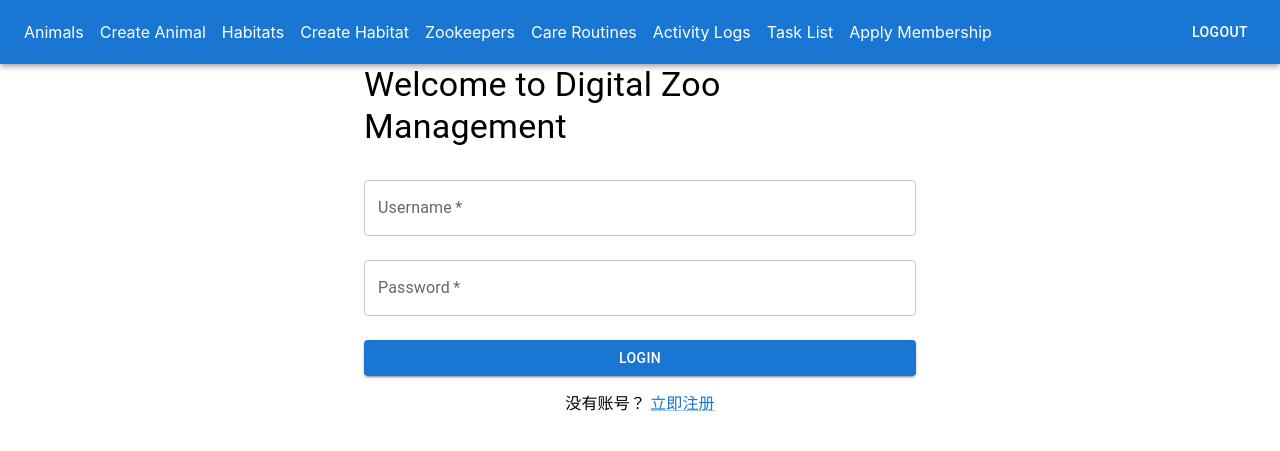
Repository: maomao7788/Digital-Zoo-Management1
Page: /zookeepers (app in frontend/)
The author's editor kept a copy of each file at every save. The page is drawn from the files as they stood at one save, then again after the next save.
The browser window is 1280 px wide. The pictures show the whole page.
The project was rebuilt for these pictures with package versions that can differ from the ones it lists, and the page was loaded fresh each time. Also part of the build but not shown: frontend/src/pages/AnimalList.tsx, frontend/src/services/api.ts, frontend/src/pages/CreateAnimal.tsx, frontend/src/pages/Register.tsx, frontend/src/pages/ApplyMembership.tsx, frontend/src/pages/EditAnimal.tsx, frontend/src/pages/HabitatList.tsx, frontend/src/pages/CreateHabitat.tsx and 6 more.

Above is the page before, as saved 2025-03-10 14:05:28.

### frontend/src/index.tsx
  import React from 'react';
  import ReactDOM from 'react-dom/client';
  import './index.css';
  import App from './App';
  import reportWebVitals from './reportWebVitals';

  const root = ReactDOM.createRoot(
    document.getElementById('root') as HTMLElement
  );
  root.render(
    <React.StrictMode>
      <App />
    </React.StrictMode>
  );

  // If you want to start measuring performance in your app, pass a function
  // to log results (for example: reportWebVitals(console.log))
  // or send to an analytics endpoint. Learn more: https://bit.ly/CRA-vitals
  reportWebVitals();

### frontend/src/App.tsx
// import { BrowserRouter as Router, Route, Routes, useNavigate } from 'react-router-dom';
// import AnimalList from './pages/AnimalList';
// import CreateAnimal from './pages/CreateAnimal';
// import Login from './pages/Login';
// import PrivateRoute from './components/PrivateRoute';
// import { AppBar, Toolbar, Link, Button, Box } from '@mui/material';
// import { logout} from './services/authApi';
// import EditAnimal from './pages/EditAnimal';
// import HabitatList from './pages/HabitatList';
// import CreateHabitat from './pages/CreateHabitat';
// import EditHabitat from './pages/EditHabitat';
// import EditZookeeper from './pages/EditZookeeper';
// import ZookeeperPage from './pages/ZookeeperPage';
// import CareRoutinePage from './pages/CareRoutinePage';
// import ActivityLogPage from './pages/ActivityLogPage';
// import TaskList from './pages/TaskList';
// import { Link as RouterLink } from 'react-router-dom';
// import Register from './pages/Register';
// import ApplyMembership from './pages/ApplyMembership';


// function App() {
//   const handleLogout = () => {
//     logout();
//     window.location.href = '/login';
//   };

//   return (
//     <Router>
//       <AppBar position="static">
//         <Toolbar>
//           <Link href="/" color="inherit" underline="none" sx={{ mr: 2 }}>Animals</Link>
//           <Link href="/create" color="inherit" underline="none" sx={{ mr: 2 }}>Create Animal</Link>
//           <Link href="/habitats" color="inherit" underline="none" sx={{ mr: 2 }}>Habitats</Link>
//           <Link href="/create-habitat" color="inherit" underline="none" sx={{ mr: 2 }}>Create Habitat</Link>
//           <Link component={RouterLink} to="/zookeepers" color="inherit" underline="none" sx={{ mr: 2 }}>Zookeepers</Link>
//           <Link component={RouterLink} to="/care_routines" color="inherit" underline="none" sx={{ mr: 2 }}>Care Routines</Link>
//           <Link component={RouterLink} to="/activity_logs" color="inherit" underline="none" sx={{ mr: 2 }}>Activity Logs</Link>
//           <Link component={RouterLink} to="/task-list" color="inherit" underline="none" sx={{ mr: 2 }}>Task List</Link>

//           <Box sx={{ flexGrow: 1 }}></Box>
//           <Button color="inherit" onClick={handleLogout}>Logout</Button>
//         </Toolbar>
//       </AppBar>

//       <Routes>
//         <Route path="/login" element={<Login />} />
//         <Route path="/" element={<PrivateRoute><AnimalList /></PrivateRoute>} />
//         <Route path="/create" element={<PrivateRoute><CreateAnimal /></PrivateRoute>} />
//         <Route path="/edit/:id" element={<EditAnimal />} />
//         <Route path="/habitats" element={<PrivateRoute><HabitatList /></PrivateRoute>} />
//         <Route path="/create-habitat" element={<PrivateRoute><CreateHabitat /></PrivateRoute>} />
//         <Route path="/edit-habitat/:id" element={<PrivateRoute><EditHabitat /></PrivateRoute>} />
//         <Route path="/zookeepers" element={<ZookeeperPage />} />
//         <Route path="/care_routines" element={<CareRoutinePage />} />
//         <Route path="/activity_logs" element={<ActivityLogPage />} />
//         <Route path="/edit-zookeeper/:id" element={<EditZookeeper />} />
//         <Route path="/task-list" element={<TaskList />} />


//       </Routes>
//     </Router>
//   );
// }

// export default App;

import { BrowserRouter as Router, Route, Routes } from 'react-router-dom';
import AnimalList from './pages/AnimalList';
import CreateAnimal from './pages/CreateAnimal';
import Login from './pages/Login';
import Register from './pages/Register';
import ApplyMembership from './pages/ApplyMembership';
import PrivateRoute from './components/PrivateRoute';
import { AppBar, Toolbar, Link, Button, Box } from '@mui/material';
import { logout } from './services/authApi';
import { Link as RouterLink } from 'react-router-dom';
import EditAnimal from './pages/EditAnimal';
import HabitatList from './pages/HabitatList';
import CreateHabitat from './pages/CreateHabitat';
import EditHabitat from './pages/EditHabitat';
import EditZookeeper from './pages/EditZookeeper';
import ZookeeperPage from './pages/ZookeeperPage';
import CareRoutinePage from './pages/CareRoutinePage';
import ActivityLogPage from './pages/ActivityLogPage';
import TaskList from './pages/TaskList';

function App() {
  const handleLogout = () => {
    logout();
    window.location.href = '/login';
  };

  return (
    <Router>
      <AppBar position="static">
        <Toolbar>
          <Link href="/" color="inherit" underline="none" sx={{ mr: 2 }}>Animals</Link>
          <Link href="/create" color="inherit" underline="none" sx={{ mr: 2 }}>Create Animal</Link>
          <Link href="/habitats" color="inherit" underline="none" sx={{ mr: 2 }}>Habitats</Link>
          <Link href="/create-habitat" color="inherit" underline="none" sx={{ mr: 2 }}>Create Habitat</Link>
          <Link component={RouterLink} to="/zookeepers" color="inherit" underline="none" sx={{ mr: 2 }}>Zookeepers</Link>
          <Link component={RouterLink} to="/care_routines" color="inherit" underline="none" sx={{ mr: 2 }}>Care Routines</Link>
          <Link component={RouterLink} to="/activity_logs" color="inherit" underline="none" sx={{ mr: 2 }}>Activity Logs</Link>
          <Link component={RouterLink} to="/task-list" color="inherit" underline="none" sx={{ mr: 2 }}>Task List</Link>
          <Link component={RouterLink} to="/apply-membership" color="inherit" underline="none" sx={{ mr: 2 }}>Apply Membership</Link>

          <Box sx={{ flexGrow: 1 }}></Box>
          {/* <Link component={RouterLink} to="/register" color="inherit" underline="none" sx={{ mr: 2 }}>Register</Link> */}
          <Button color="inherit" onClick={handleLogout}>Logout</Button>
        </Toolbar>
      </AppBar>

      <Routes>
        <Route path="/login" element={<Login />} />
        <Route path="/register" element={<Register />} />
        <Route path="/apply-membership" element={<PrivateRoute><ApplyMembership /></PrivateRoute>} />
        <Route path="/" element={<PrivateRoute><AnimalList /></PrivateRoute>} />
        <Route path="/create" element={<PrivateRoute><CreateAnimal /></PrivateRoute>} />
        <Route path="/edit/:id" element={<PrivateRoute><EditAnimal /></PrivateRoute>} />
        <Route path="/habitats" element={<PrivateRoute><HabitatList /></PrivateRoute>} />
        <Route path="/create-habitat" element={<PrivateRoute><CreateHabitat /></PrivateRoute>} />
        <Route path="/edit-habitat/:id" element={<PrivateRoute><EditHabitat /></PrivateRoute>} />
        <Route path="/zookeepers" element={<PrivateRoute><ZookeeperPage /></PrivateRoute>} />
        <Route path="/care_routines" element={<PrivateRoute><CareRoutinePage /></PrivateRoute>} />
        <Route path="/activity_logs" element={<PrivateRoute><ActivityLogPage /></PrivateRoute>} />
        <Route path="/edit-zookeeper/:id" element={<PrivateRoute><EditZookeeper /></PrivateRoute>} />
        <Route path="/task-list" element={<PrivateRoute><TaskList /></PrivateRoute>} />
      </Routes>
    </Router>
  );
}

export default App;

### frontend/src/pages/Login.tsx
// import React, { useState, useEffect } from 'react';
// import { useNavigate } from 'react-router-dom';
// import { Typography, Container, TextField, Button, Snackbar, Alert } from '@mui/material';
// import { login } from '../services/authApi';

// const Login = () => {
//   const [username, setUsername] = useState('');
//   const [password, setPassword] = useState('');
//   const [errorMessage, setErrorMessage] = useState('');
//   const [openSnackbar, setOpenSnackbar] = useState(false);
//   const navigate = useNavigate();

//   useEffect(() => {
//     if (localStorage.getItem('access_token')) {
//       navigate('/');
//     }
//   }, [navigate]);
// //  handle login:authenticate,store tokens,redirect
//   // const handleSubmit = async (e: React.FormEvent) => {
//   //   e.preventDefault();
//   //   try {
//   //     const response = await login(username, password);
//   //     localStorage.setItem('access_token', response.data.access);
//   //     localStorage.setItem('refresh_token', response.data.refresh);
//   //     setOpenSnackbar(true);
//   //     setTimeout(() => navigate('/'), 1500);
//   //   } catch (error) {
//   //     if (error instanceof Error && 'response' in error) {
//   //       setErrorMessage((error as any).response?.data.detail || 'Login failed');
//   //     } else {
//   //       setErrorMessage(error instanceof Error ? error.message : 'An unknown error occurred');
//   //     }
//   //   }
//   // };
//   const handleSubmit = async (e: React.FormEvent) => {
//     e.preventDefault();
//     try {
//       const response = await login( username, password );
//       localStorage.setItem('access_token', response.data.access);
//       localStorage.setItem('refresh_token', response.data.refresh);
//       setOpenSnackbar(true);
//       setTimeout(() => navigate('/'), 1500);
//     } catch (error) {
//       if (error instanceof Error && 'response' in error) {
//         setErrorMessage((error as any).response?.data.detail || 'Login failed');
//       } else {
//         setErrorMessage(error instanceof Error ? error.message : 'An unknown error occurred');
//       }
//     }
//   };
//   return (
//     <Container maxWidth="sm">
//       <Typography variant="h4">Welcome to Digital Zoo Management</Typography>
//          {/* login form */}
//       <form onSubmit={handleSubmit}>
//         <TextField
//           label="Username"
//           fullWidth
//           margin="normal"
//           value={username}
//           onChange={(e) => setUsername(e.target.value)}
//           required
//         />
//         <TextField
//           label="Password"
//           type="password"
//           fullWidth
//           margin="normal"
//           value={password}
//           onChange={(e) => setPassword(e.target.value)}
//           required
//         />
//         <Button type="submit" variant="contained" color="primary" fullWidth sx={{ mt: 2 }}>
//           Login
//         </Button>
//       </form>

//       {errorMessage && <Typography color="error" sx={{ mt: 2 }}>{errorMessage}</Typography>}

//       <Snackbar open={openSnackbar} autoHideDuration={2000} onClose={() => setOpenSnackbar(false)}>
//         <Alert severity="success">Login successful! Redirecting...</Alert>
//       </Snackbar>
//     </Container>
//   );
// };

// export default Login;

import React, { useState, useEffect } from 'react';
import { useNavigate } from 'react-router-dom';
import { Typography, Container, TextField, Button, Snackbar, Alert, Link } from '@mui/material';
import { login } from '../services/authApi';

const Login = () => {
  const [username, setUsername] = useState('');
  const [password, setPassword] = useState('');
  const [errorMessage, setErrorMessage] = useState('');
  const [openSnackbar, setOpenSnackbar] = useState(false);
  const navigate = useNavigate();

  useEffect(() => {
    if (localStorage.getItem('access_token')) {
      navigate('/');
    }
  }, [navigate]);

  const handleSubmit = async (e: React.FormEvent) => {
    e.preventDefault();
    try {
      const response = await login(username, password);
      localStorage.setItem('access_token', response.data.access);
      localStorage.setItem('refresh_token', response.data.refresh);
      setOpenSnackbar(true);
      setTimeout(() => navigate('/'), 1500);
    } catch (error) {
      if (error instanceof Error && 'response' in error) {
        setErrorMessage((error as any).response?.data.detail || 'Login failed');
      } else {
        setErrorMessage(error instanceof Error ? error.message : 'An unknown error occurred');
      }
    }
  };

  return (
    <Container maxWidth="sm">
      <Typography variant="h4" sx={{ mb: 2 }}>Welcome to Digital Zoo Management</Typography>

      {/* Login Form */}
      <form onSubmit={handleSubmit}>
        <TextField
          label="Username"
          fullWidth
          margin="normal"
          value={username}
          onChange={(e) => setUsername(e.target.value)}
          required
        />
        <TextField
          label="Password"
          type="password"
          fullWidth
          margin="normal"
          value={password}
          onChange={(e) => setPassword(e.target.value)}
          required
        />
        <Button type="submit" variant="contained" color="primary" fullWidth sx={{ mt: 2 }}>
          Login
        </Button>
      </form>

      {errorMessage && <Typography color="error" sx={{ mt: 2 }}>{errorMessage}</Typography>}

      <Snackbar open={openSnackbar} autoHideDuration={2000} onClose={() => setOpenSnackbar(false)}>
        <Alert severity="success">Login successful! Redirecting...</Alert>
      </Snackbar>

      {/* Register Link */}
      <Typography sx={{ mt: 2, textAlign: 'center' }}>
        没有账号？ <Link onClick={() => navigate('/register')} sx={{ cursor: 'pointer' }}>立即注册</Link>
      </Typography>
    </Container>
  );
};

export default Login;

### frontend/src/components/PrivateRoute.tsx
import React from 'react';
import { Navigate } from 'react-router-dom';

interface PrivateRouteProps {
  children: React.ReactNode;
}
// Checks if the user is authenticated by verifying the presence of an access token.
const isAuthenticated = (): boolean => !!localStorage.getItem('access_token');
// If the user is not logged in, they will be redirected to the login page.
const PrivateRoute = ({ children }: PrivateRouteProps) => {
  return isAuthenticated() ? children : <Navigate to="/login" replace />;
};

export default PrivateRoute;

### frontend/src/services/authApi.ts
import axios from 'axios';

const api = axios.create({
  baseURL: 'http://localhost:8000/zoo/api/',
});

export const login = (username: string, password: string) => {
  return api.post('token/', { username, password });
};
// export const login = async (username: string, password: string) => {
//   const response = await api.post('token/', { username, password });
//   const { access, refresh } = response.data;
//   localStorage.setItem('access_token', access);
//   localStorage.setItem('refresh_token', refresh);
//   return response;
// };

// export const register = (username: string, email: string, password: string) => {
//   return api.post('register/', { username, email, password });
// };

export const logout = () => {
  localStorage.removeItem('access_token');
  localStorage.removeItem('refresh_token');
};

Loaded but not shown: frontend/public/index.html (common file); frontend/src/index.css (common file); frontend/src/reportWebVitals.ts (common file)

After the next save:
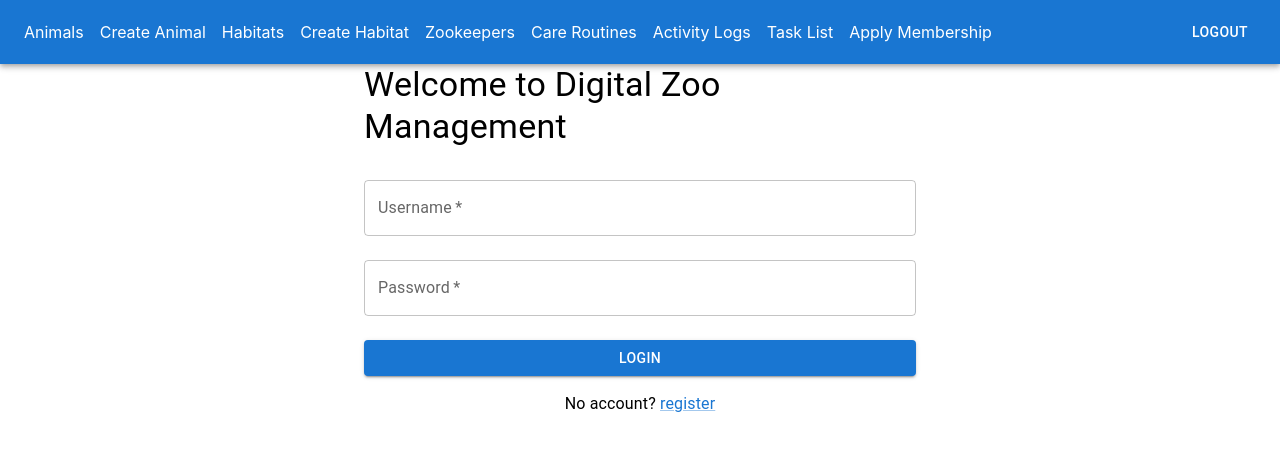
Saved 47 s later.
--- a/frontend/src/pages/Login.tsx
+++ b/frontend/src/pages/Login.tsx
@@ -157,7 +157,7 @@ const Login = () => {
 
       {/* Register Link */}
       <Typography sx={{ mt: 2, textAlign: 'center' }}>
-        没有账号？ <Link onClick={() => navigate('/register')} sx={{ cursor: 'pointer' }}>立即注册</Link>
+        No account? <Link onClick={() => navigate('/register')} sx={{ cursor: 'pointer' }}>register</Link>
       </Typography>
     </Container>
   );
